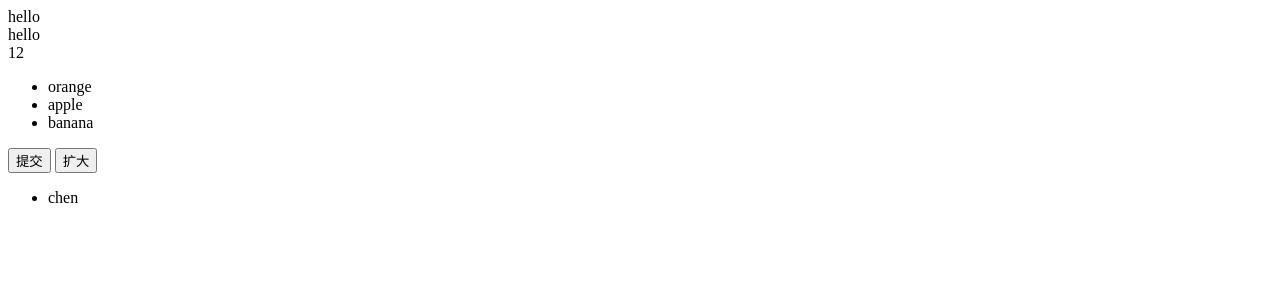
Repository: chenguocan/Vue_component
Page: props属性值类型.html
The author's editor kept a copy of each file at every save. The page is drawn from the files as they stood at one save, then again after the next save.
The browser window is 1280 px wide. The pictures show the whole page.

Above is the page before, as saved 2020-07-23 15:44:06.

After the next save:
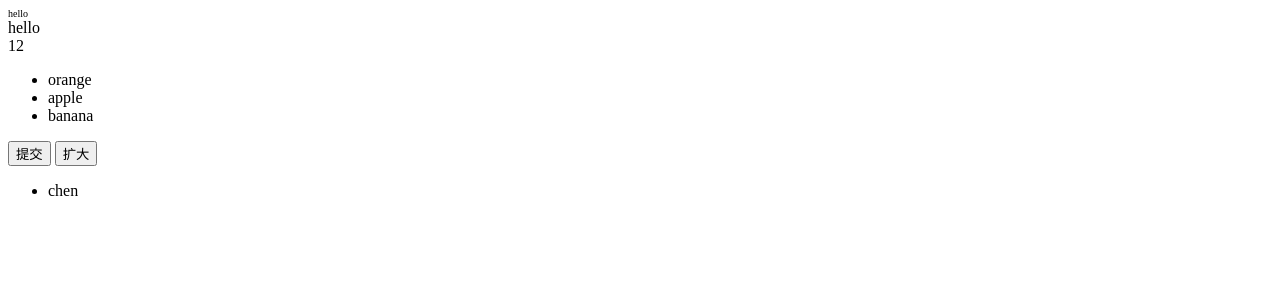
Saved 10 s later.
--- a/props属性值类型.html
+++ b/props属性值类型.html
@@ -42,6 +42,7 @@
     let app = new Vue({
       el: "#app",
       data: {
+        fontSize: "10",
         str: "hello",
         num: "12",
         arr: ["orange", "apple", "banana"],
@@ -49,7 +50,6 @@
           name: "chen",
           age: "18",
           profession: "doctor",
-          fontSize: "10",
         },
         handle: function () {
           this.fontsize += 2;
